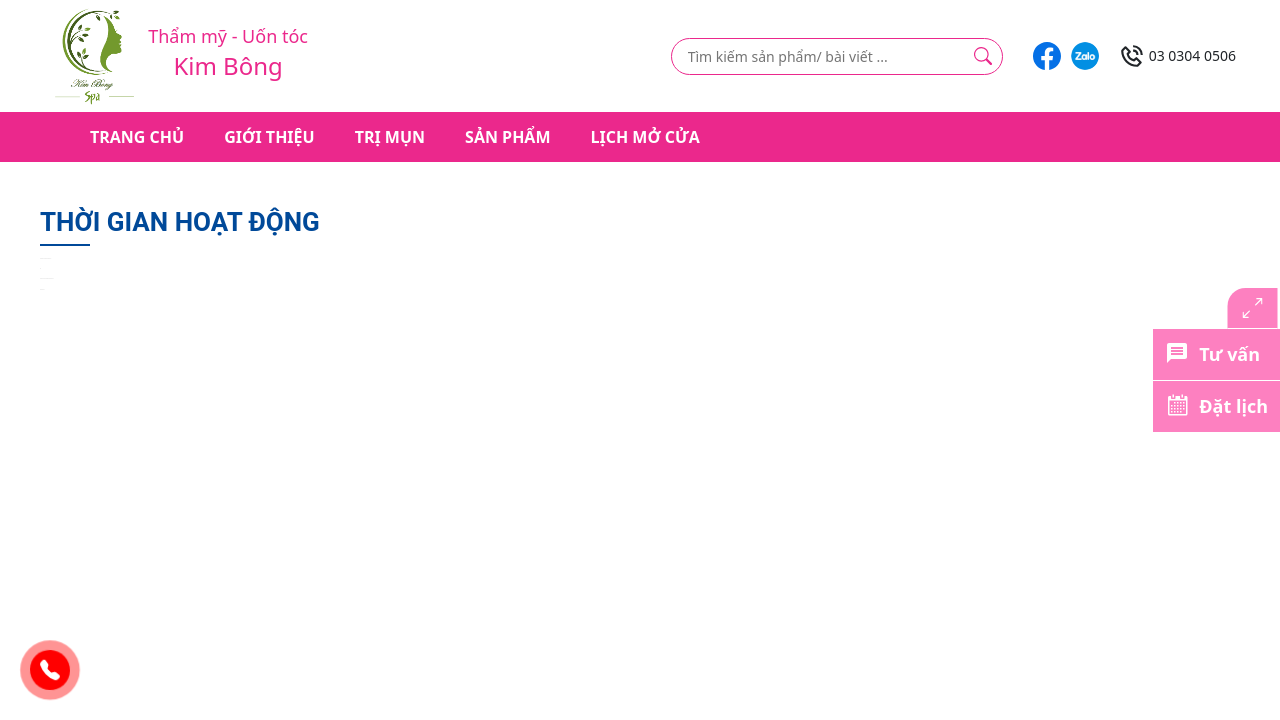
Repository: tranduykhuong/SpaKimBong
Page: /calendar
These files come from the project's save history. The page is drawn as it stood at one moment and after the next save; the edit follows.
The browser window is 1280 px wide. The pictures show the whole page.
The project was rebuilt for these pictures with package versions that can differ from the ones it lists, and the page was loaded fresh each time. Also part of the build but not shown: src/components/Banner/banner.scss, src/components/Banner/Banner.js, src/pages/Home/home.scss, src/pages/Home/ListImage/listImage.scss, src/pages/Home/ListImage/ListImage.js, src/components/Footer/footer.scss, src/components/Footer/Footer.js, src/pages/Home/BookOnline/bookOnl.scss and 26 more.

Above is the page before, as saved 2022-06-06 23:10:56.

### src/App.js
import "./App.scss";
import Header from "./components/Header/Header";
import Home from "./pages/Home/Home";
import "bootstrap/dist/css/bootstrap.min.css";
import { Route, Routes } from "react-router-dom";
import About from "./pages/About/About";
import Products from "./pages/Product/Products";
import ProductDetail from "./pages/Product/ProductDetail/ProductDetail";
import AcneTreatment from "./pages/AcneTreatment/AcneTreatment";
import ContactToolbox from "./components/ContactToolbox/ContactToolbox";
import BackToTop from "./components/BackToTop/BackToTop";
import PhoneTool from "./components/PhoneTool/PhoneTool";
import Calendar from "./pages/Calendar/Calendar";

function App() {
  return (
    <div className="App">
      <Header />
      <ContactToolbox />
      <BackToTop />
      <PhoneTool />
      <Routes>
        <Route path="/" element={<Home />} />
        <Route path="/about" element={<About />} />
        <Route path="/products" element={<Products />} />
        <Route path="/acne" element={<AcneTreatment />} />
        <Route path="/calendar" element={<Calendar />} />

        <Route path="/products/1" element={<ProductDetail />} />
      </Routes>
    </div>
  );
}

export default App;

### src/components/Header/Header.js
import React, { useEffect, useState } from "react";
import "./header.scss";
import { BsSearch, BsFacebook } from "react-icons/bs";
import { BiPhoneCall } from "react-icons/bi";
import { Link, useLocation } from "react-router-dom";

function Header() {
  const path = useLocation().pathname;
  const [fixedNavbar, setFixedNavbar] = useState(false);

  useEffect(() => {
    const handleScroll = () => {
      if (window.scrollY < 1) {
        setFixedNavbar(true);
      }

      if (window.scrollY > 170) setFixedNavbar(true);
      else setFixedNavbar(false);
    };

    window.addEventListener("scroll", handleScroll);

    return () => {
      window.removeEventListener("scroll", handleScroll);
    };
  }, []);

  useEffect(() => {
    window.scrollTo(0, 0);
  }, [path]);

  return (
    <div className="header">
      <div className={"infor " + (fixedNavbar ? "mg-navbar" : "")}>
        <div className="logo">
          <img src="../../img/logoSpa.png" alt="" />
          <div className="nameSpa">
            <h4>Thẩm mỹ - Uốn tóc</h4>
            <h2>Kim Bông</h2>
          </div>
        </div>

        <div className="search">
          <input type="text" placeholder="Tìm kiếm sản phẩm/ bài viết ..." />
          <a className="icon">
            <BsSearch className="iconSearch" />
          </a>
        </div>

        <div className="contact">
          <a href="/" className="icon">
            <BsFacebook className="iconFacebook" />
          </a>
          <a href="/" className="icon">
            <img src="../../img/Zalo.png" alt="" className="iconZalo" />
          </a>

          <div className="phone">
            <BiPhoneCall className="iconPhone" />
            <h3>03 0304 0506</h3>
          </div>
        </div>
      </div>
      <div className={"myNavbar " + (fixedNavbar ? "fixedNavbar" : "")}>
        <div className="navbarContent">
          <ul className="navbarList">
            <li className={path === "/" ? "active" : ""}>
              <Link to="/">TRANG CHỦ</Link>
            </li>
            <li className={path === "/about" ? "active" : ""}>
              <Link to="/about">GIỚI THIỆU</Link>
            </li>
            {/* <li className={path === "/skin" ? "active" : ""}>
              <Link to="/">CHĂM SÓC DA</Link>
            </li> */}
            <li className={path === "/acne" ? "active" : ""}>
              <Link to="/acne">TRỊ MỤN</Link>
            </li>
            <li className={path === "/products" ? "active" : ""}>
              <Link to="/products">SẢN PHẨM</Link>
            </li>
            <li className={path === "/open-time" ? "active" : ""}>
              <Link to="/calendar">LỊCH MỞ CỬA</Link>
            </li>
          </ul>
        </div>
      </div>
    </div>
  );
}

export default Header;

### src/components/ContactToolbox/ContactToolbox.js
import React, { useState } from "react";
import "./contactToolbox.scss";
import { MdMessage } from "react-icons/md";
import { GoCalendar } from "react-icons/go";
import { BsArrowsAngleExpand } from "react-icons/bs";

const ContactToolbox = () => {
  const [hidden, setHidden] = useState(false);

  return (
    <div className="contactFixed">
      <div className="toolboxScroll" onClick={() => setHidden((prev) => !prev)}>
        <BsArrowsAngleExpand className="iconArrow" />
      </div>
      <div className={"toolboxList " + (hidden ? "hidden" : "open")}>
        <div className="advise toolboxItem">
          <MdMessage className="iconMessage" />
          <p>Tư vấn</p>
        </div>
        <div className="book toolboxItem">
          <GoCalendar className="iconCalendar" />
          <p>Đặt lịch</p>
        </div>
      </div>
    </div>
  );
};

export default ContactToolbox;

### src/components/BackToTop/BackToTop.js
import React, { useEffect, useState } from "react";
import "./backToTop.scss";
import { FaRegArrowAltCircleUp } from "react-icons/fa";

const BackToTop = () => {
  const [clicked, setClick] = useState(true);
  const [hiddenArrow, setHiddenArrow] = useState(true);

  useEffect(() => {
    const handleScroll = () => {
      if (window.scrollY > 550) setHiddenArrow(false);
      else setHiddenArrow(true);
    };
    window.addEventListener("scroll", handleScroll);
    return () => {
      window.removeEventListener("scroll", handleScroll);
    };
  }, []);

  useEffect(() => {
    window.scrollTo(0, 0);
  }, [clicked]);

  return (
    <div
      className={"backToTop " + (hiddenArrow ? "" : "show")}
      onClick={() => setClick((prev) => !prev)}
    >
      <FaRegArrowAltCircleUp className="icon" />
    </div>
  );
};

export default BackToTop;

### src/components/PhoneTool/PhoneTool.js
import React from "react";
import "./phoneTool.scss";
import { BsFillTelephoneFill } from "react-icons/bs";

const PhoneTool = () => {
  return (
    <div className="phoneTool">
      <div className="phone">
        <BsFillTelephoneFill className="iconPhone" />
      </div>
      <div className="circle"></div>
    </div>
  );
};

export default PhoneTool;

### src/pages/Calendar/Calendar.js
import React from "react";
import "./calendar.scss";

const Calendar = () => {
  return (
    <div>
      <div className="container-calendar">
        <div className="container-bg-calendar">
          <div className="calendar">
            <div className="calendar-content">
              <h3>THỜI GIAN HOẠT ĐỘNG</h3>
              <p>
                Hiên Vân Spa bắt đầu làm việc từ 09:00 và nhận khách đợt cuối
                lúc 19:30 mỗi ngày (Kể cả thứ 7 và Chủ Nhật).
              </p>
              <p>Đặc Biệt:</p>
              <p>
                Vẫn hoạt động bình thường vào giờ nghỉ trưa, khách hàng có thể
                thoải mái đặt lịch mà không ngại ảnh hưởng đến công việc, học
                tập ...
              </p>
              <p>Bạn muốn thư giãn ? Hãy đến với chúng tôi.</p>
            </div>

            <div className="calendar-boxs"></div>
          </div>
        </div>
      </div>
    </div>
  );
};

export default Calendar;

### src/components/Header/header.scss
@import '../../SCSS/base/variables.scss';
$height-navbar: 5rem;

.header {
    .mg-navbar {
        margin-bottom: $height-navbar;
    }

    .infor {
        max-width: 1200px;
        padding: .6rem 0;
        display: flex;
        justify-content: space-between;
        margin: 0 auto;

        .logo {
            display: flex;
            flex: 1;

            img {
                height: 10rem;
            }

            .nameSpa {
                color: $main-color;
                margin: auto 0;

                h4 {
                    font-size: 1.8rem;
                    font-weight: 500;
                }

                h2 {
                    font-size: 2.4rem;
                }
            }
        }


        .search {
            margin: auto 0;
            border-radius: 50px;
            border: solid .1rem $main-color;
            height: 37px;
            display: flex;

            input {
                font-size: 1.4rem;
                margin: auto 16px;
                min-width: 26rem;
                border: none;
                outline: none;
            }

            .icon {
                margin: auto 10px;
                cursor: pointer;
            }

            .iconSearch {
                width: 1.8rem;
                height: 1.8rem;
                color: $main-color;

                &:hover {
                    color: #f867b2;
                }
            }
        }

        .contact {
            display: flex;
            margin-left: 20px;

            .icon {
                margin: auto 0;
                margin-left: 10px;

            }

            .iconFacebook {
                width: 2.8rem;
                height: 2.8rem;
                color: rgba($color: #0570e6, $alpha: 1.0);
            }

            .iconZalo {
                width: 2.8rem;
                height: 2.8rem;
                border-radius: 50%;
            }

            .phone {
                margin: auto 0;
                margin-left: 20px;
                display: flex;

                .iconPhone {
                    width: 2.6rem;
                    height: 2.6rem;
                }

                h3 {
                    font-size: 1.4rem;
                    font-weight: 500;
                    margin: auto 4px;
                }
            }

        }
    }

    .fixedNavbar {
        position: fixed;
        top: 0;
        left: 0;
        z-index: 50;
        width: 100%;
        animation: fixedNavbar 1s forwards;
    }

    @keyframes fixedNavbar {
        from {
            top: -5rem;
            opacity: 0;
        }

        to {
            top: 0;
            opacity: 1;
        }
    }

    .myNavbar {
        height: $height-navbar;
        background-color: $main-color;

        .navbarContent {
            max-width: 1200px;
            margin: 0 auto;

            .navbarList {
                display: flex;
                margin: 0 1rem;
                // justify-content: space-evenly;

                li {
                    list-style: none;

                    a {
                        line-height: $height-navbar;
                        height: $height-navbar;
                        display: block;
                        color: #fff;
                        font-size: 1.6rem;
                        font-weight: 600;
                        text-decoration: none;
                        padding: 0 2rem;
                    }

                    &:hover {
                        background-color: #f844a1;
                        cursor: pointer;
                    }
                }

                .active {
                    background-color: #dd0876;
                }
            }
        }
    }
}

### src/components/ContactToolbox/contactToolbox.scss
.contactFixed {
    position: fixed;
    top: 50%;
    transform: translateY(-50%);
    right: 0;
    z-index: 100;
    cursor: pointer;

    .toolboxScroll {
        border-top-left-radius: 1.8rem;
        background-color: rgba($color: #fc2c97, $alpha: 0.6);
        width: 5rem;
        padding: 1rem;
        color: #fff;
        transform: translateX(149%);
        border-bottom: 1px solid #fff;

        .iconArrow {
            width: 2rem;
            height: 2rem;
        }
    }

    .toolboxList {
        background-color: rgba($color: #fc2c97, $alpha: 0.6);


        .toolboxItem {
            display: flex;
            padding: 1.2rem;
            color: #fff;

            p {
                font-size: 1.8rem;
                margin: 0;
                padding-left: 1rem;
                font-weight: 600;
            }
        }

        .advise {
            border-bottom: 1px solid #fff;

            .iconMessage {
                width: 2.4rem;
                height: 2.4rem;
            }
        }

        .book {

            .iconCalendar {
                width: 2.4rem;
                height: 2.4rem;
            }
        }
    }

    .hidden {
        animation: toRight 0.8s linear forwards;
    }

    .open {
        animation: toLeft 0.8s linear backwards;
    }

    @keyframes toRight {
        to {
            transform: translateX(62%);
        }
    }

    @keyframes toLeft {
        from {
            transform: translateX(62%);

        }

        to {
            transform: translateX(0);
        }
    }
}

### src/components/BackToTop/backToTop.scss
.backToTop {
    position: fixed;
    bottom: 2rem;
    right: 2rem;
    z-index: 100;
    display: none;

    .icon {
        width: 4rem;
        height: 4rem;
        color: #fa72b8;
        cursor: pointer;
    }
}

.show {
    animation: FadeIn 0.8s forwards;
    display: block;

    @keyframes FadeIn {
        from {
            bottom: 0;
        }

        to {
            bottom: 2rem;
        }
    }
}

### src/components/PhoneTool/phoneTool.scss
.phoneTool {
    position: fixed;
    width: 6rem;
    height: 6rem;
    left: 1rem;
    border-radius: 50%;
    bottom: 3rem;
    z-index: 100;
    cursor: pointer;

    .phone {
        position: absolute;
        z-index: 5;
        top: 34%;
        left: 34%;
        background-color: red;
        padding: 1rem;
        border-radius: 50%;
        animation: phoneSkin 1s infinite ease-in-out;

        .iconPhone {
            height: 2rem;
            width: 2rem;
            color: #fff;

        }

        @keyframes phoneSkin {
            0% {
                transform: rotate(0) scale(1) skew(1deg);
            }

            10% {
                transform: rotate(-25deg) scale(1) skew(1deg);
            }

            20% {
                transform: rotate(25deg) scale(1) skew(1deg);
            }

            30% {
                transform: rotate(-25deg) scale(1) skew(1deg);
            }

            40% {
                transform: rotate(25deg) scale(1) skew(1deg);
            }

            50% {
                transform: rotate(0) scale(1) skew(1deg);
            }

            100% {
                transform: rotate(0) scale(1) skew(1deg);
            }
        }
    }

    .circle {
        position: absolute;
        width: 6rem;
        height: 6rem;
        border-radius: 50%;
        top: 16%;
        left: 16%;
        background-color: rgba($color: rgb(255, 42, 42), $alpha: 0.5);
        animation: zoom 1s infinite;

        @keyframes zoom {
            0% {
                transform: scale(0.9);
            }

            70% {
                transform: scale(1);
                box-shadow: 0 0 0 15px transparent;
            }

            100% {
                transform: scale(0.9);
                box-shadow: 0 0 0 0 transparent;
            }
        }
    }
}

### src/pages/Calendar/calendar.scss
.container-calendar {
  .container-bg-calendar {
    .calendar {
      display: flex;
      width: 100%;
      text-align: left;
      padding: 4rem;
      font-family: "Roboto", sans-serif;

      .calendar-content {
        width: 30%;

        h3 {
          margin: 0 0 13px;
          color: #004999;
          font-size: 26px;
          font-weight: bold;
          line-height: 1.6;
        }

        h3:after {
          content: "";
          display: block;
          width: 50px;
          height: 2px;
          background: #004999;
        }
      }

      .calendar-boxs {
        width: 70%;
      }
    }
  }
}

### src/SCSS/base/variables.scss
$main-color: #eb288c;
$text-color: #444;
$title-color: #fff;

Loaded but not shown: public/index.html (common file); src/index.js (common file); src/index.css (common file); src/reportWebVitals.js (common file); src/App.scss (common file)

After the next save:
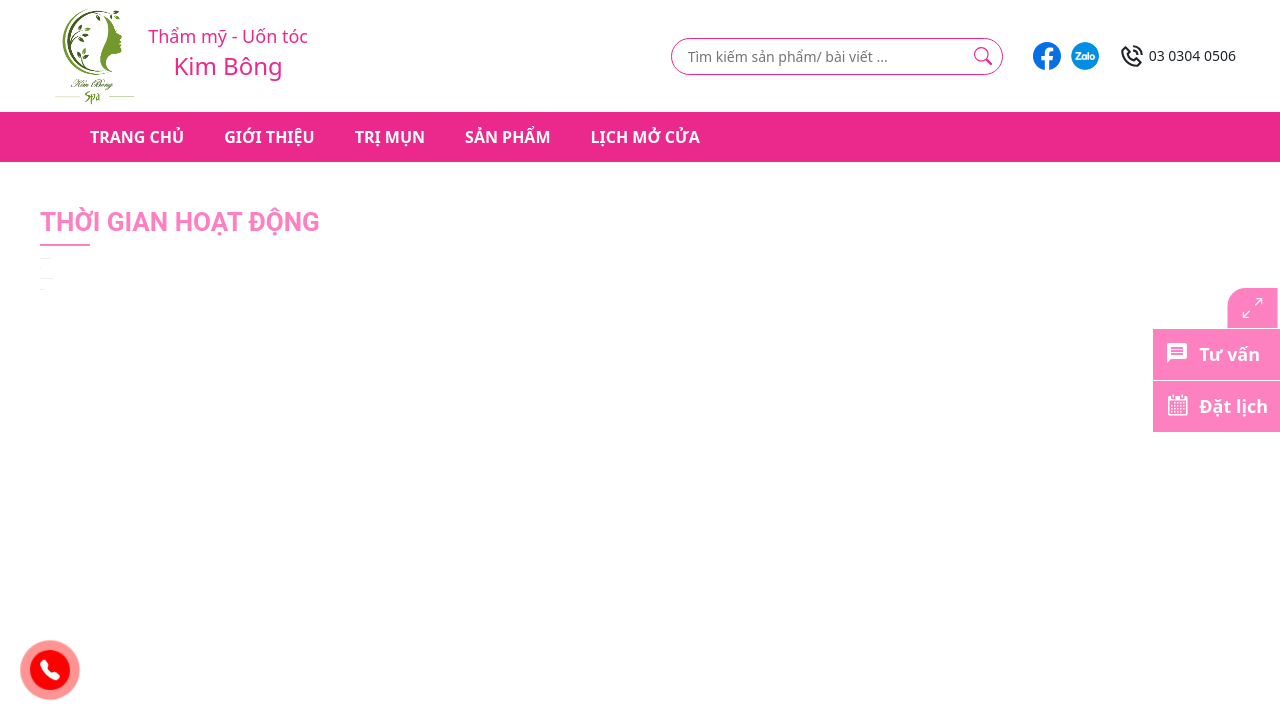
Saved 83 s later.
--- a/src/pages/Calendar/calendar.scss
+++ b/src/pages/Calendar/calendar.scss
@@ -12,7 +12,7 @@
 
         h3 {
           margin: 0 0 13px;
-          color: #004999;
+          color: #fd80c1;
           font-size: 26px;
           font-weight: bold;
           line-height: 1.6;
@@ -23,7 +23,7 @@
           display: block;
           width: 50px;
           height: 2px;
-          background: #004999;
+          background: #fd80c1;
         }
       }
 
